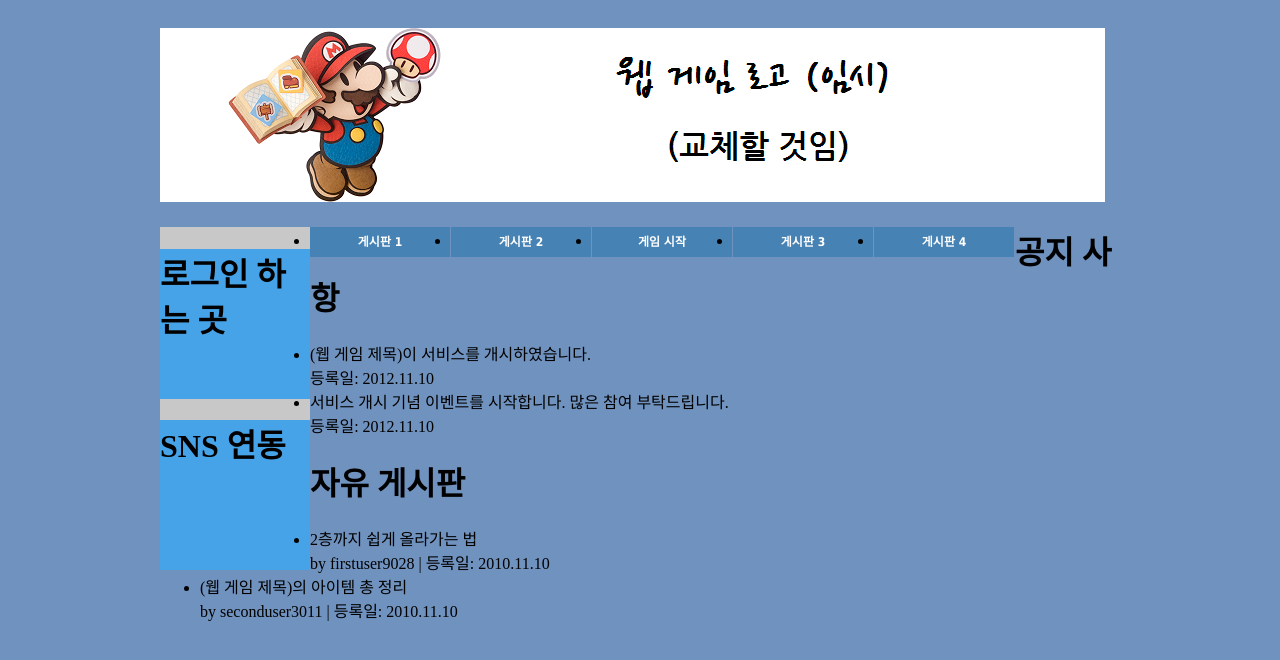
Repository: gunhe123/web_programing_project_Team_4
Page: http://localhost/web_game/
These files come from the project's save history. The page is drawn as it stood at one moment and after the next save; the edit follows.
The browser window is 1280 px wide. The pictures show the whole page.
The page is served by Tomcat 9. Nobody is signed in. The application's start-up code is not run. Other server files are loaded and not shown.

Above is the page before, as saved 2012-11-10 16:00:27.

### web_game/WebContent/index.html
<!DOCTYPE html>
<html lang="ko">
<head>
	<meta charset="utf-8">
	<title>Web Game</title>
	<link href="stylesheets/main.css" rel="stylesheet" type="text/css">
</head>
<body>
<div id="wrap">
	<div id="top_logo">
		<img src="images/mario.png" alt="Web Game Logo">
	</div>
	<div id="content">
		<div id="sidebar">
			<div id="login_box">
			<h1>로그인 하는 곳</h1>
			</div>
			<div id="sns">
			<h1>SNS 연동</h1>
			</div>
		</div>
		<div id="main_content">
			<div class="main_section" id="menubar">
				<ul>
					<li><a href="">게시판 1</a></li>
					<li><a href="">게시판 2</a></li>
					<li><a href="">게임 시작</a></li>
					<li><a href="">게시판 3</a></li>
					<li><a href="">게시판 4</a></li>
				</ul>
			</div>
			<div class="main_section" id="notice">
			<h1>공지 사항</h1>
			<ul>
				<li>
					<div class="article">
					(웹 게임 제목)이 서비스를 개시하였습니다.
					</div>
					<span class="date">등록일: 2012.11.10</span>
				</li>
				<li>
					<div class="article">
					서비스 개시 기념 이벤트를 시작합니다. 많은 참여 부탁드립니다.
					</div>
					<span class="date">등록일: 2012.11.10</span>
				</li>
			</ul>
			</div>
			<div class="main_section" id="free_board">
			<h1>자유 게시판</h1>
			<ul>
				<li>
					<div class="article">
					2층까지 쉽게 올라가는 법
					</div>
					<span class="author">by firstuser9028</span> |
					<span class="date">등록일: 2010.11.10</span>
				</li>
				<li>
					<div class="article">
					(웹 게임 제목)의 아이템 총 정리
					</div>
					<span class="author">by seconduser3011</span> |
					<span clss="date">등록일: 2010.11.10</span>
				</li>
			</ul>
			</div>
		</div>
	</div>
</div>
</body>
</html>

### web_game/WebContent/stylesheets/main.css
html{color:#000;
	background:rgb(112,146,190);
	padding:20px 0;
	}
#wrap{
	width: 960px;
	margin:0 auto;
}
#main_content{

	float: none;
}

#sidebar{
	background:rgb(200,200,200);
	width: 150px;
	float: left;
}
#login_box{
	background-color:rgb(71,163,232);
	height: 150px;
}
#sns{
	background-color:rgb(71,163,232);
	height: 150px;
}
#menubar ul li{
	margin:10px,10px,10px,10px;
	padding:10px,10px,10px,10px;
	float: left;
	}
#menubar ul li a{
	color:#fff; background-color:#4682b4;

	display:block;
	width:120px;
	text-align:center;
	padding:0px 10px;
	font: bold 12px/30px Tahoma;
	text-decoration:none;
	margin-right:1px;
}
#notice{
	float: none;
}

After the next save:
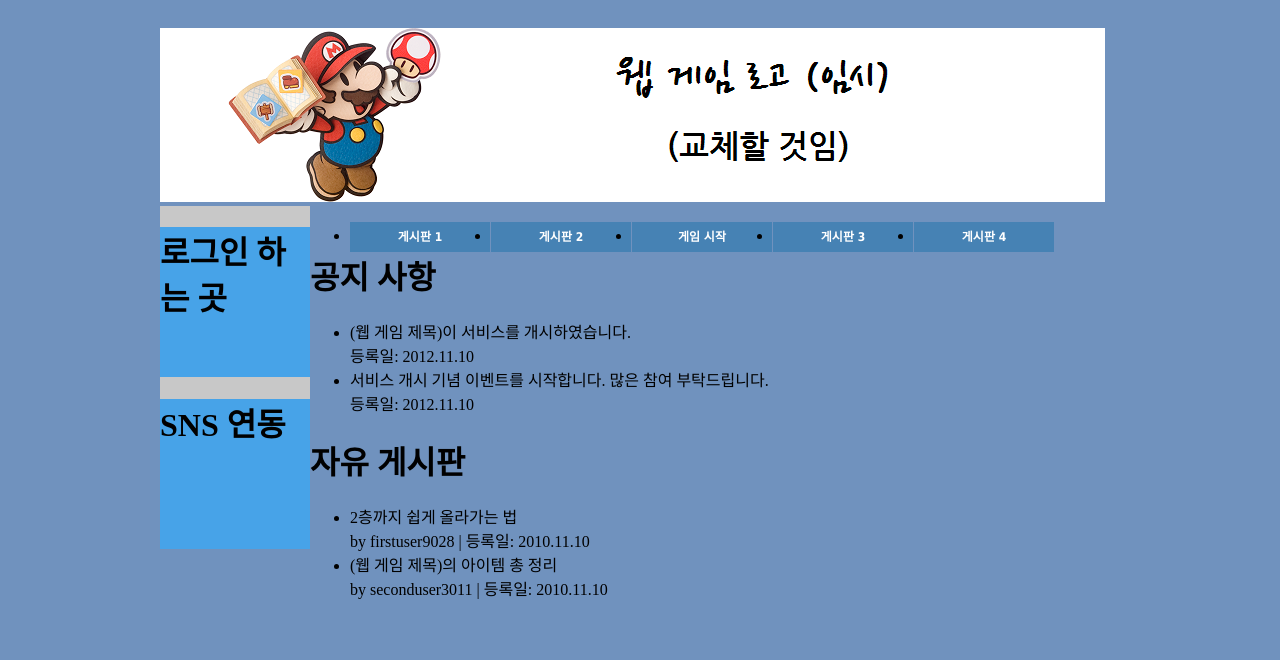
Saved 29 s later.
--- a/web_game/WebContent/stylesheets/main.css
+++ b/web_game/WebContent/stylesheets/main.css
@@ -7,8 +7,7 @@
 	margin:0 auto;
 }
 #main_content{
-
-	float: none;
+	float: left;
 }
 
 #sidebar{
